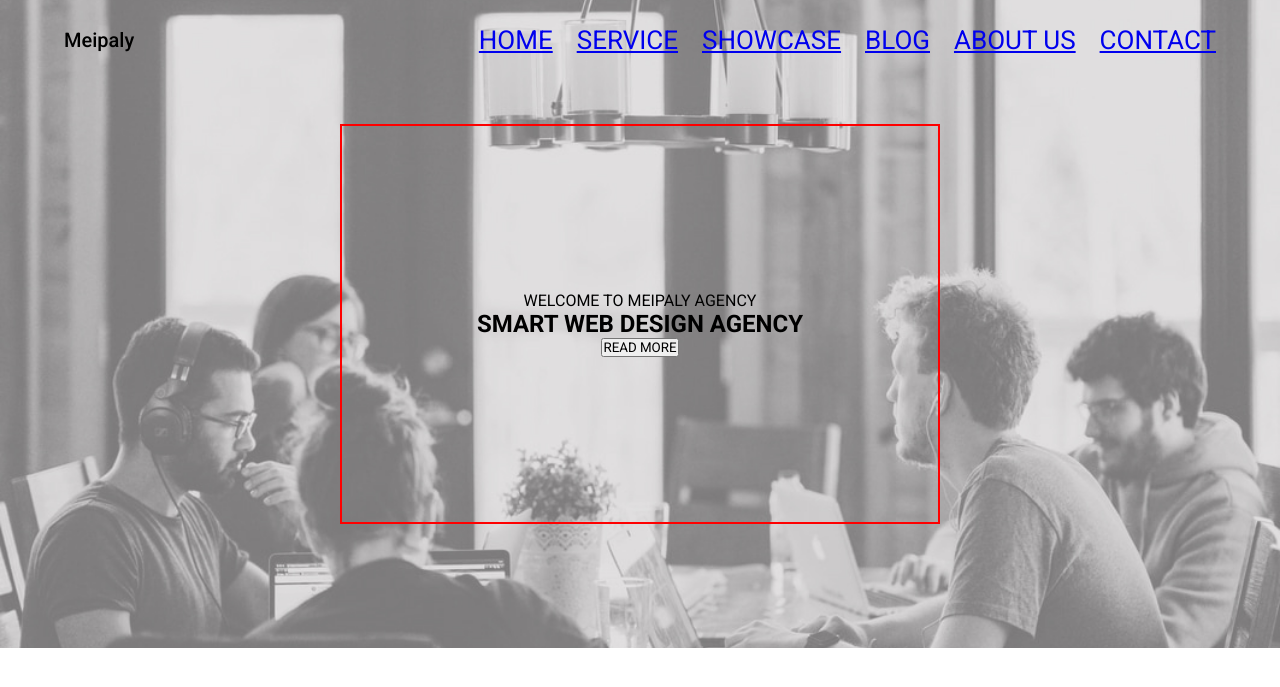
Repository: ducdatit2002/meipaly
Page: index.html
These files come from the project's save history. The page is drawn as it stood at one moment and after the next save; the edit follows.
The browser window is 1280 px wide. The pictures show the whole page.

Above is the page before, as saved 2023-07-10 20:15:53.

### index.html
<!DOCTYPE html>
<html lang="en">
  <head>
    <meta charset="UTF-8" />
    <meta name="viewport" content="width=device-width, initial-scale=1.0" />
    <title>Meipaly</title>
    <link rel="stylesheet" href="./index.css" />
    <link
      rel="stylesheet"
      href="https://cdnjs.cloudflare.com/ajax/libs/font-awesome/6.4.0/css/all.min.css"
      integrity="sha512-iecdLmaskl7CVkqkXNQ/ZH/XLlvWZOJyj7Yy7tcenmpD1ypASozpmT/E0iPtmFIB46ZmdtAc9eNBvH0H/ZpiBw=="
      crossorigin="anonymous"
      referrerpolicy="no-referrer"
    />
    <link rel="preconnect" href="https://fonts.googleapis.com">
    <link rel="preconnect" href="https://fonts.gstatic.com" crossorigin>
    <link
        href="https://fonts.googleapis.com/css2?family=Open+Sans:wght@300;400;500;600&family=Roboto:wght@300;400;500;700&display=swap"
        rel="stylesheet">
  </head>
  <body>
    <header>
      <div class="header__container">
        <span>Meipaly</span>
        <nav>
            <a href="#">HOME</a>
            <a href="#">SERVICE</a>
            <a href="#">SHOWCASE</a>
            <a href="#">BLOG</a>
            <a href="#">ABOUT US</a>
            <a href="#">CONTACT</a>
        </nav>
      </div>
    </header>
    <section class="banner">
        <div class="banner__container">
            <p>WELCOME TO MEIPALY AGENCY</p>
            <h2>
                SMART WEB
                DESIGN AGENCY
            </h2>
            <button>READ MORE</button>
        </div>
    </section>
    <section class="carousel"></section>
    <section class="blog"></section>
    <section class="number"></section>
    <section class="experience"></section>
    <section class="contact"></section>
    <footer></footer>
  </body>
</html>

### index.css
*{
    padding: 0;
    margin: 0;
    box-sizing: border-box;
    font-family: 'Open Sans', sans-serif;
    font-family: 'Roboto', sans-serif;
}
/* flex => list */
header {
    position: absolute;
    width: 100%;
    display: flex;
    justify-content: center;
}
.header__container {
    height: 80px;
    display: flex;
    justify-content: space-between;
    align-items: center;
    width: 90%;
    max-width: 1200px;
}
/* Trục chính default là chiều ngang */
/* Justify-content: trục chính */
/* align-items: trục phụ */
header span {
    font-size: 20px;
    font-weight: 500;
}
header a {
    co
    text-decoration: none;
    text-transform: uppercase;
    margin-left: 20px;
    font-size: 26px;
}
/* BANNER */
.banner {
    background-image: url(./img/home_slider.jpg);
    height: 90vh;
    min-height: 500px;
    background-repeat: no-repeat;
    background-size: cover;
    background-position: center;



    /*  */
    display: flex;
    align-items: center;
    justify-content: center;
}
.banner__container {
    border: 2px solid red;
    width: 600px;
    height: 400px;
    display: flex;
    flex-direction: column;
    /* chuyển trục chính từ ngang sang dọc */
    justify-content: center;
    align-items: center;
}

After the next save:
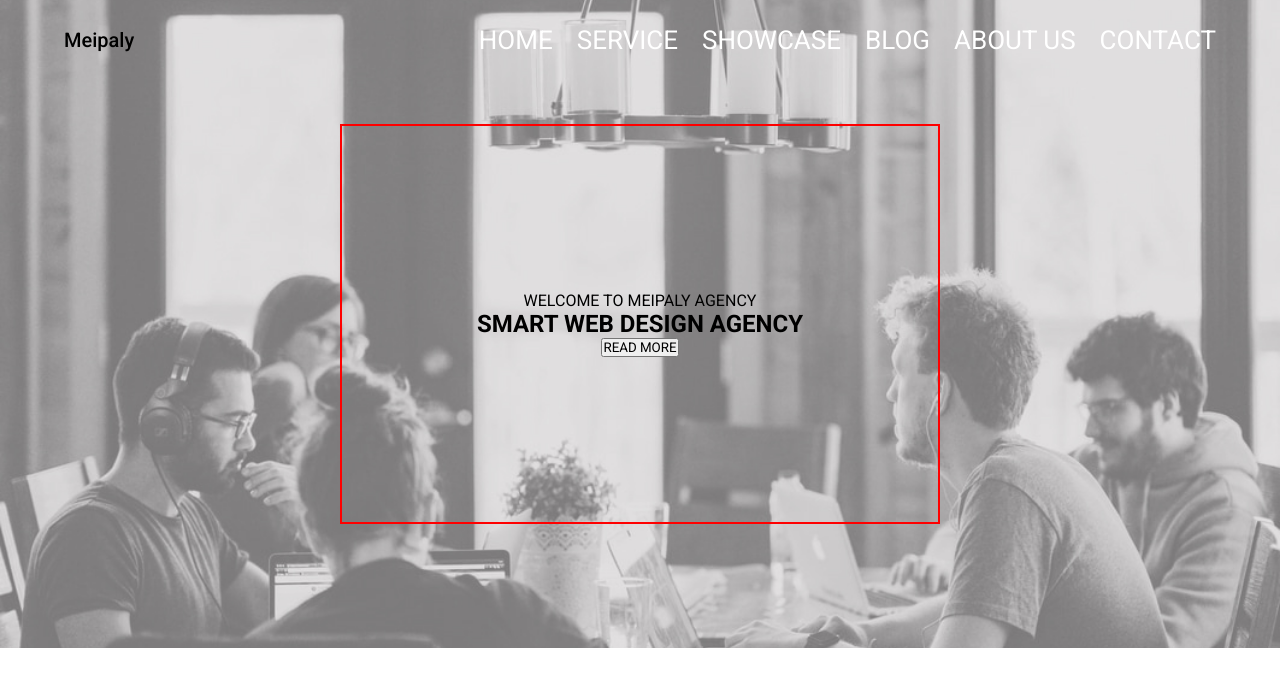
Saved 5 s later.
--- a/index.css
+++ b/index.css
@@ -28,7 +28,7 @@
     font-weight: 500;
 }
 header a {
-    co
+    color: white;
     text-decoration: none;
     text-transform: uppercase;
     margin-left: 20px;
